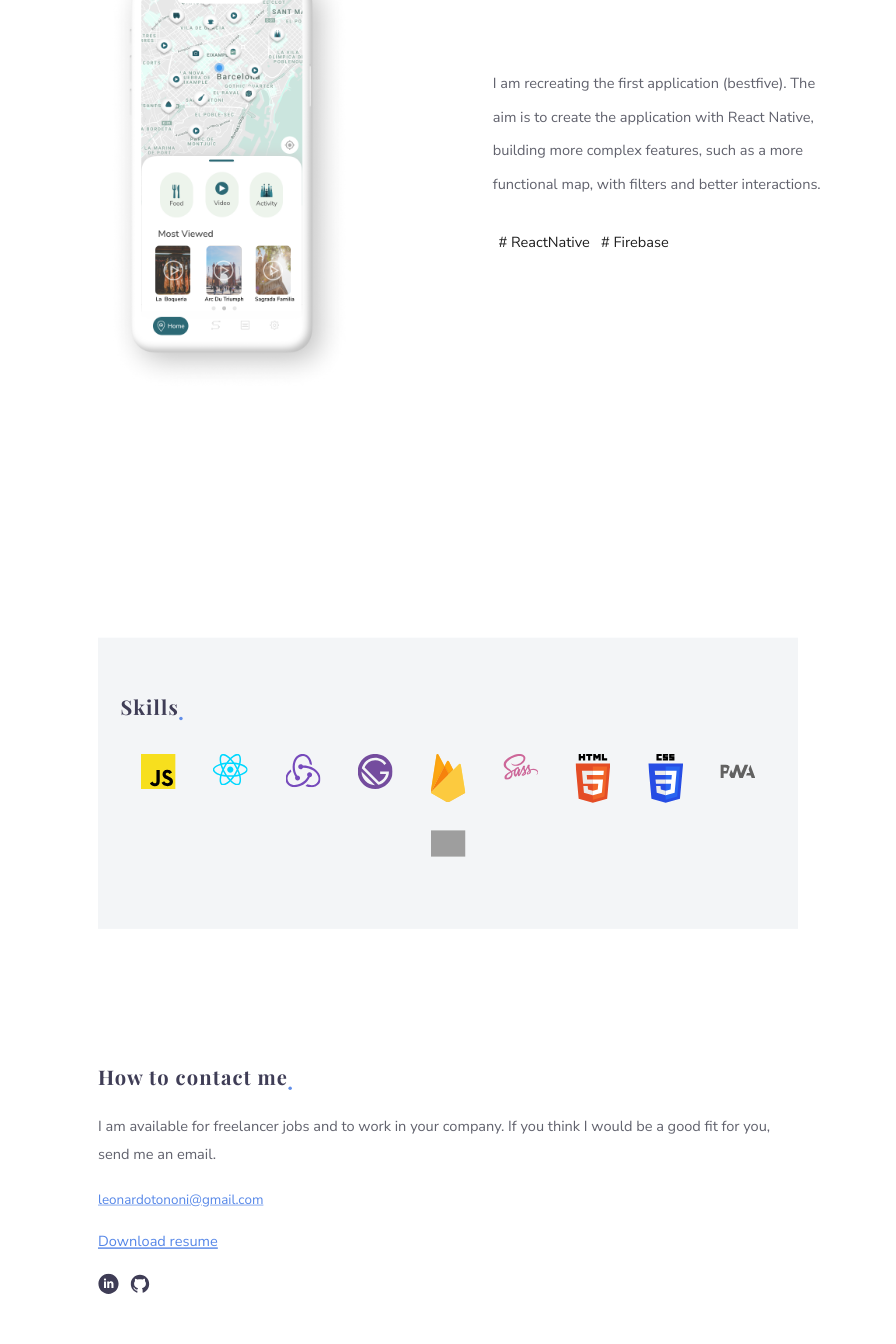
Repository: Easaaa/Portfolio-2020
Page: index.html
The author's editor kept a copy of each file at every save. The page is drawn from the files as they stood at one save, then again after the next save.
The browser window is 1280 px wide. The pictures show the part of the page from y = 4580 to 6500 px (the page is 6660 px tall before and 6620 px after), at 70% of full size.
Pictures or frames that could not be fetched are drawn as grey boxes. The style sheet was rebuilt from its Sass, Less or Tailwind sources for each picture, by a compiler version that may differ from the author's.

Above is the page before, as saved 2020-02-28 16:15:27.

After the next save:
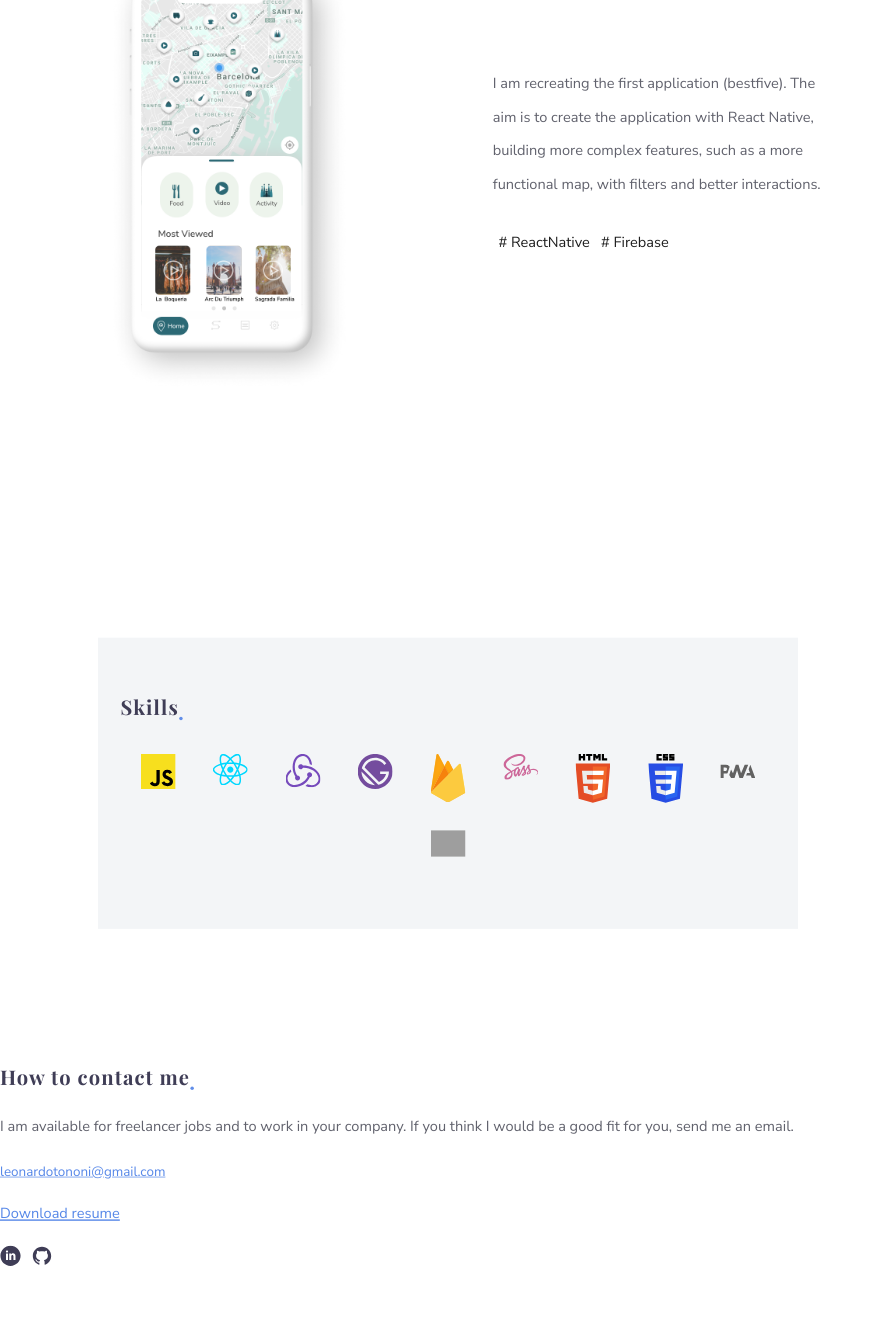
Saved 53 s later.
--- a/stylesheets/scss/main.scss
+++ b/stylesheets/scss/main.scss
@@ -547,8 +547,5 @@
     margin: 0 auto;
   }
 
-  footer {
-    max-width: 1000px;
-    margin: 0 auto;
-  }
-}
+
+}

After the save that followed:
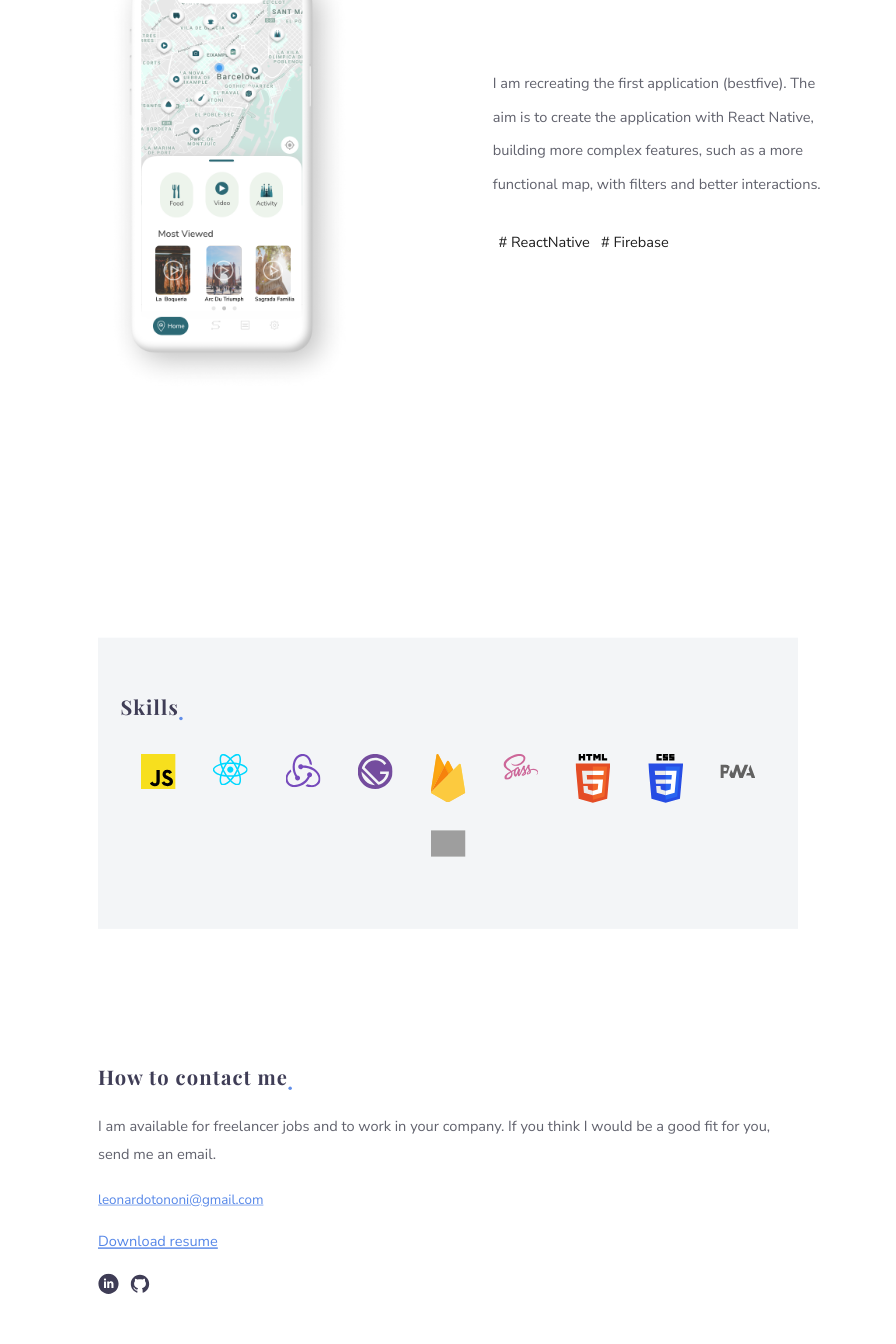
Saved 13 s later.
--- a/stylesheets/scss/main.scss
+++ b/stylesheets/scss/main.scss
@@ -390,6 +390,10 @@
 
   footer {
     padding: 12rem 0;
+
+    max-width: 1000px;
+    margin: 0 auto;
+
   }
 }
 
